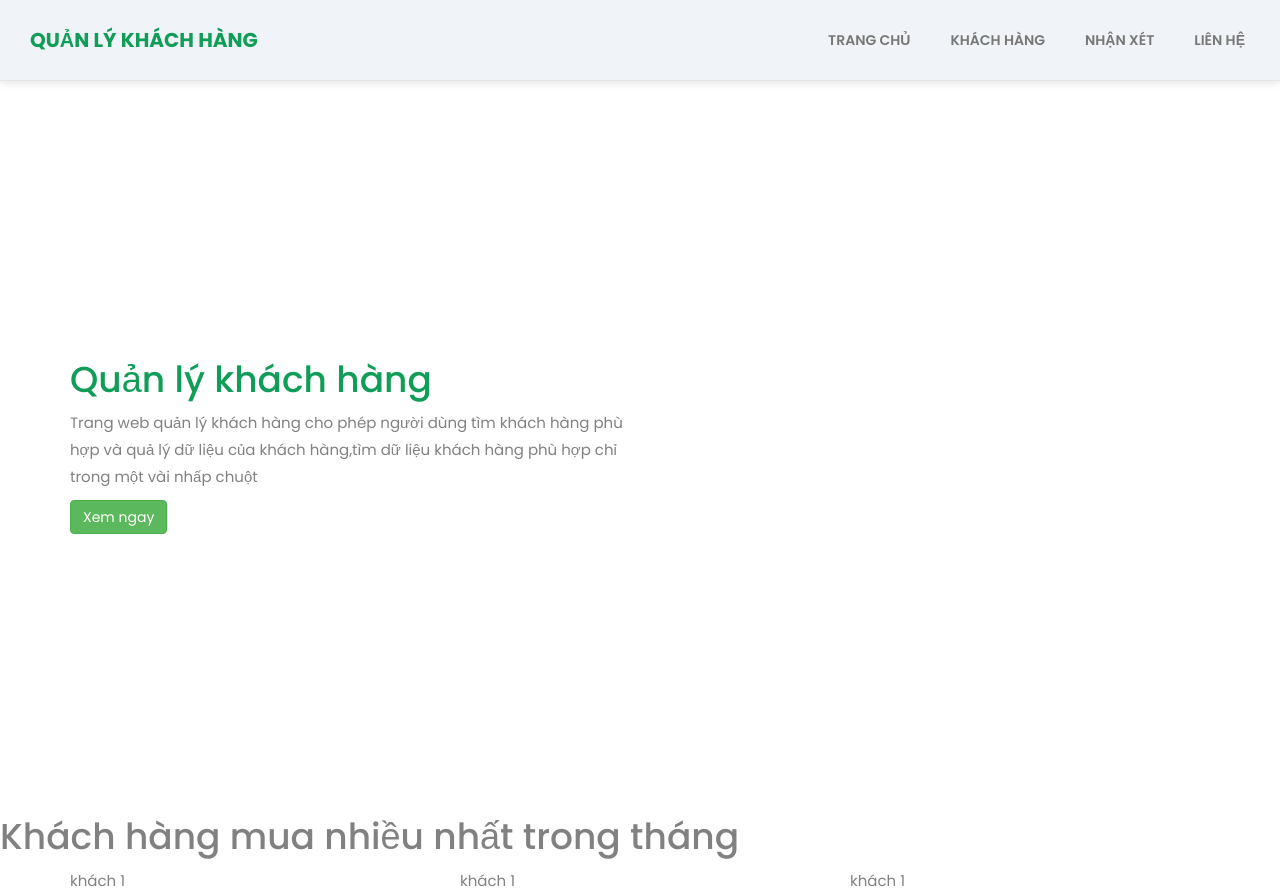
Repository: huutien1904/bt2-ltw
Page: index.html
The author's editor kept a copy of each file at every save. The page is drawn from the files as they stood at one save, then again after the next save.
The browser window is 1280 px wide. The pictures show the whole page.

Above is the page before, as saved 2021-11-04 00:30:28.

### index.html
<!DOCTYPE html>
<html lang="en">
<head>
    <meta charset="UTF-8">
    <meta http-equiv="X-UA-Compatible" content="IE=edge">
    <meta name="viewport" content="width=device-width, initial-scale=1.0">
    <title>Quản Lý Khách Hàng</title>
    <link rel="stylesheet" href="https://maxcdn.bootstrapcdn.com/bootstrap/3.4.1/css/bootstrap.min.css">
    <link href="https://fonts.googleapis.com/css?family=Montserrat" rel="stylesheet" type="text/css">
    <link href="https://fonts.googleapis.com/css?family=Lato" rel="stylesheet" type="text/css">
    <!-- style -->
    <link rel="stylesheet" href="./style.css">
    <!-- font Poppins -->
    <link rel="preconnect" href="https://fonts.googleapis.com">
    <link rel="preconnect" href="https://fonts.gstatic.com" crossorigin>
    <link href="https://fonts.googleapis.com/css2?family=Poppins:wght@100;200;300;400;500;600;700;800;900&display=swap" rel="stylesheet">
    <!-- javacript boostrap -->
    <script src="https://ajax.googleapis.com/ajax/libs/jquery/3.5.1/jquery.min.js"></script>
    <script src="https://maxcdn.bootstrapcdn.com/bootstrap/3.4.1/js/bootstrap.min.js"></script>
</head>
<body>
  <!-- navbar -->
    <nav class="navbar navbar-default navbar-fixed-top">
        <div class="container-fluid ">
          <div class="navbar-header">
            <button type="button" class="navbar-toggle" data-toggle="collapse" data-target="#myNavbar">
              <span class="icon-bar"></span>
              <span class="icon-bar"></span>
              <span class="icon-bar"></span>
            </button>
            <a class="navbar-brand" href="#myPage">QUẢN LÝ KHÁCH HÀNG</a>
          </div>
          <div class="collapse navbar-collapse" id="myNavbar">
            <ul class="nav navbar-nav navbar-right">
              <li class="active_nav"><a href="#home">TRANG CHỦ</a></li>
              <li ><a href="#customer">KHÁCH HÀNG</a></li>
              <li><a href="#comment">NHẬN XÉT</a></li>
              <li><a href="#contact">LIÊN HỆ</a></li>
            </ul>
          </div>
        </div>
    </nav>
  <!-- end navbar -->
  <!-- trang chủ -->
  <section
    id="home"
    >
    <div class="container">
      <div class="row">
        <div class="col-md-6 col-xs-12 ">
          <div class="">
            <h1 class="slogan">Quản lý khách hàng</h1>
            <p class="">
              Trang web quản lý khách hàng cho phép người dùng tìm khách hàng phù hợp và quả lý dữ liệu của khách hàng,tìm dữ liệu khách hàng phù hợp chỉ trong một vài nhấp chuột
            </p>
            <div class="left-to-right play-on-scroll delay-4">
              <button type="button" class="btn btn-success">Xem ngay</button>
            </div>
          </div>
        </div>
      </div>
    </div>
  </section>
  <!-- end trang chủ -->

  <!-- khách hàng -->
  <section id="customer">
    <h1 class="title_customer">Khách hàng mua nhiều nhất trong tháng</h1>
    <div class="container">
      <div class="row">
        <div class="col-md-4 col-sm-12">
          khách 1
        </div>
        <div class="col-md-4 col-sm-12">
          khách 1

        </div>
        <div class="col-md-4 col-sm-12">
          khách 1

        </div>
      </div>
    </div>
  </section>
  <!-- end khách hàng -->
  <!--  Nhận xét-->
  <section id="comment">

  </section>
  <!-- liên hệ -->
  <section id="contact">

  </section>
</body>
</html>

### style.css
*{
  font-family: 'Poppins', sans-serif;
}

:root {
  --primary-color: #0f9d58;
  --backgound-color: #f0f3f7;
  --secon-color: #9da2ad;
  --grey: #7a7a7a;
  --white: #ffffff;
}
body {
  font: 400 15px Lato, sans-serif;
  line-height: 1.8;
  color: #818181;
}
.navbar-default{
  padding: 15px;
  background-color: var(--backgound-color);
  box-shadow: 0 2px 8px rgb(0 0 0 / 10%);
}
.navbar-brand{
  font-weight: 700;
  font-size: 20px;
  color: var(--primary-color) !important;

}
.navbar-right li{
  font-size: 14px;
  font-weight: 600;
  margin: 0 5px;
  /* padding:5px; */
}
.navbar-right li:hover{
  background-color: var(--primary-color);
  border-radius: 15px;
  color: white !important;
}
#home{
  margin-top: 77px;
  height: 100vh;
  display: flex;
  justify-content: center;
  align-items: center;
}
.slogan{
  color: var(--primary-color);
}
/* .active_nav{
  background-color: var(--primary-color);
  border-radius: 15px;
} */

After the next save:
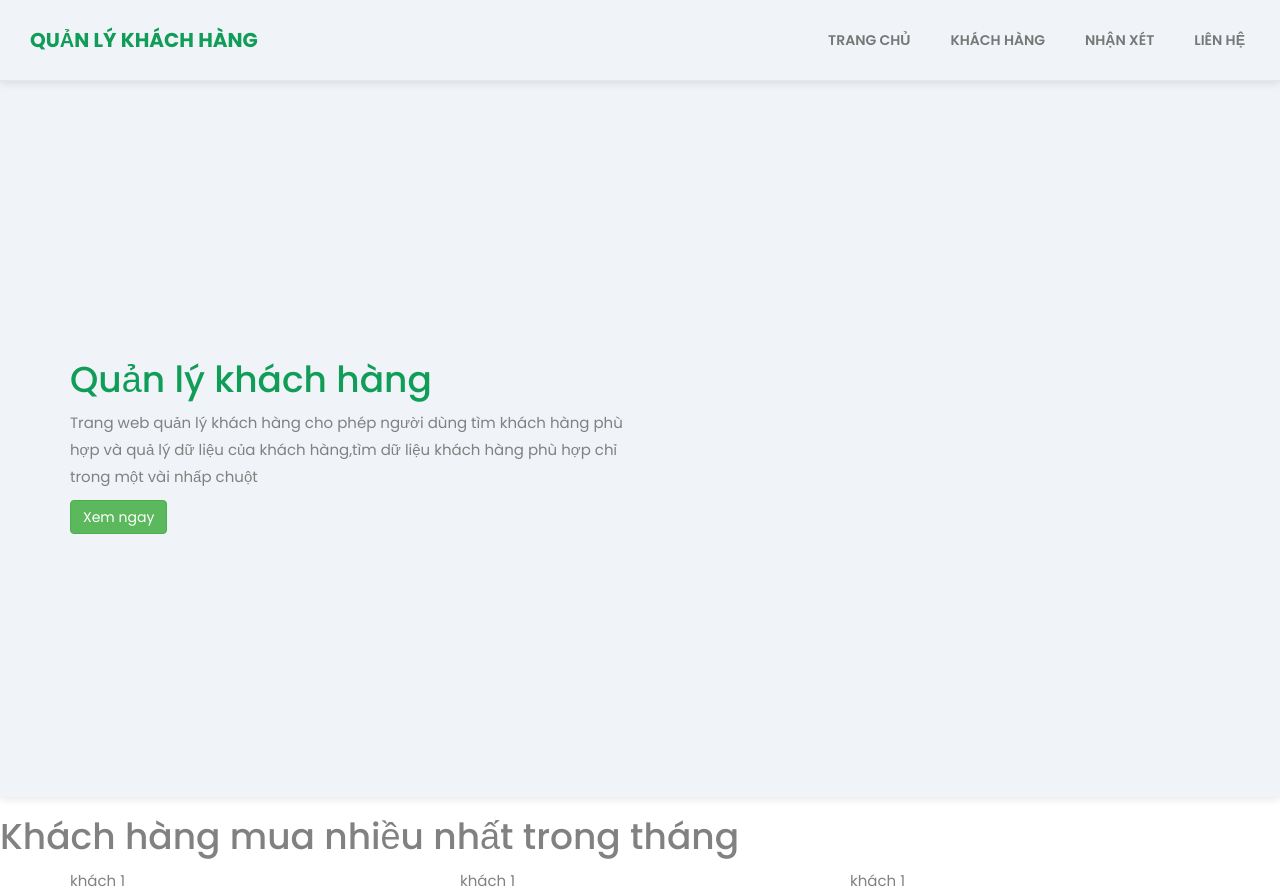
Saved 37 s later.
--- a/style.css
+++ b/style.css
@@ -42,6 +42,8 @@ body {
   display: flex;
   justify-content: center;
   align-items: center;
+  background-color: var(--backgound-color);
+  box-shadow: 0 2px 8px rgb(0 0 0 / 10%);
 }
 .slogan{
   color: var(--primary-color);
